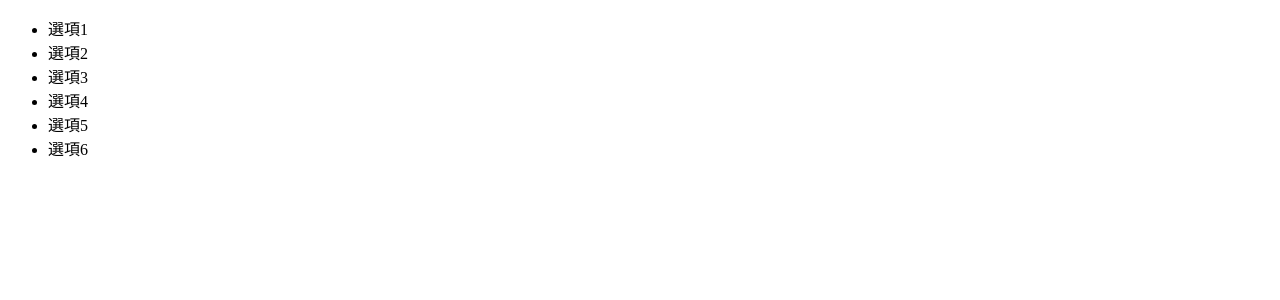
Repository: ninininiya/git01
Page: index.html
These files come from the project's save history. The page is drawn as it stood at one moment and after the next save; the edit follows.
The browser window is 1280 px wide. The pictures show the whole page.

Above is the page before, as saved 2024-05-29 13:36:59.

### index.html
<!DOCTYPE html>
<html lang="en">
<head>
    <meta charset="UTF-8">
    <meta name="viewport" content="width=device-width, initial-scale=1.0">
    <title>Document</title>

</head>
<body>
    <nav>
        <ul>
            <li>選項1</li>
            <li>選項2</li>
            <li>選項3</li>
            <li>選項4</li>
            <li>選項5</li>
            <li>選項6</li>
        </ul>
    </nav>
</body>
</html>

After the next save:
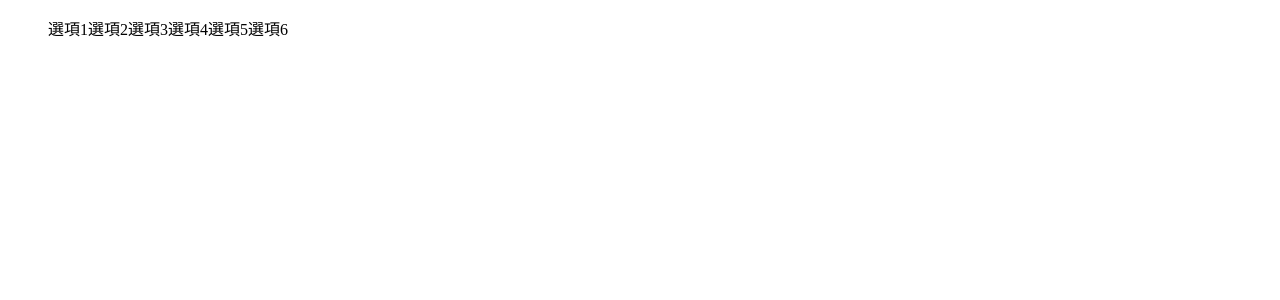
Saved 116 min 1 s later.
--- a/index.html
+++ b/index.html
@@ -4,7 +4,12 @@
     <meta charset="UTF-8">
     <meta name="viewport" content="width=device-width, initial-scale=1.0">
     <title>Document</title>
-
+    <style>
+        ul{
+            display: flex;
+            list-style-type: none;
+        }
+    </style>
 </head>
 <body>
     <nav>
